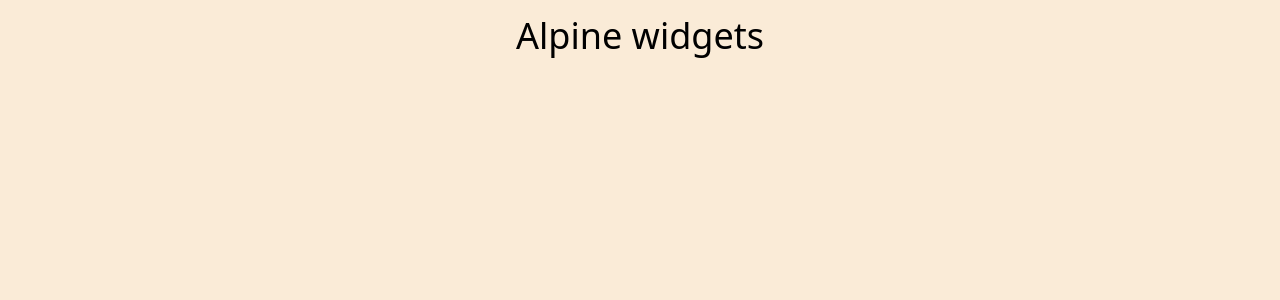
Repository: lasity34/alpine-bootcamp-widgets
Page: index.html
An editor plug-in stored every save of this project. The page is shown before and after the next save, followed by the edit.
The browser window is 1280 px wide. The pictures show the whole page.
Some web fonts or font styles are not loaded; a fallback is used. Some web libraries are served in a nearby version.

Above is the page before, as saved 2023-07-12 10:53:33.
Console error: ReferenceError: greet is not defined

### index.html
<!DOCTYPE html>
<html lang="en">
<head>
    <meta charset="UTF-8">
    <meta name="viewport" content="width=device-width, initial-scale=1.0">
    <title>Alpine bootcamp widgets</title>
    <script src="//unpkg.com/alpinejs" defer></script>
    <link
      href="https://cdn.jsdelivr.net/npm/tailwindcss@2.1.2/dist/tailwind.min.css"
      rel="stylesheet"
    />
    <link rel="preconnect" href="https://fonts.googleapis.com">
<link rel="preconnect" href="https://fonts.gstatic.com" crossorigin>
<link href="https://fonts.googleapis.com/css2?family=Titillium+Web:ital@0;1&family=Tsukimi+Rounded:wght@300;400;500&display=swap" rel="stylesheet">
    <link rel="stylesheet" href="./style.css">
</head>
<body >
    <h1 class="text-4xl text-center mt-4" >Alpine widgets</h1>
    <section x-data="greet">

    </section>
    <script src=""></script>
</body>
</html>

### style.css
body {
    background-color:antiquewhite;
}

After the next save:
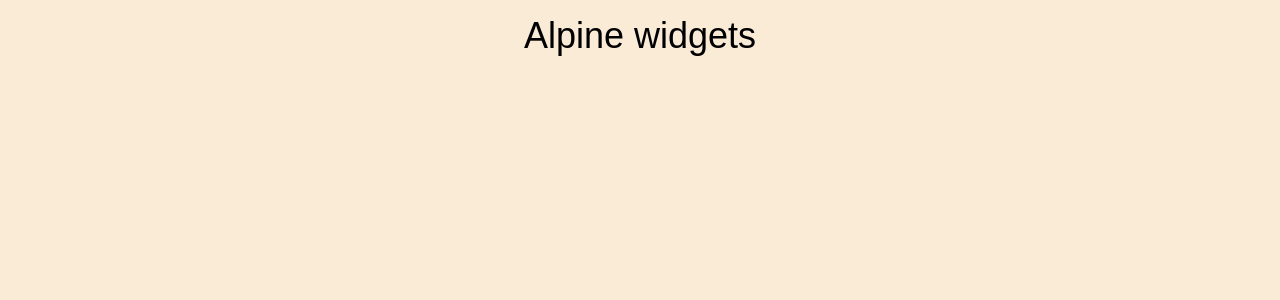
Saved 18 s later.
--- a/style.css
+++ b/style.css
@@ -1,3 +1,5 @@
 body {
     background-color:antiquewhite;
+
+font-family: 'Tsukimi Rounded', sans-serif;
 }
